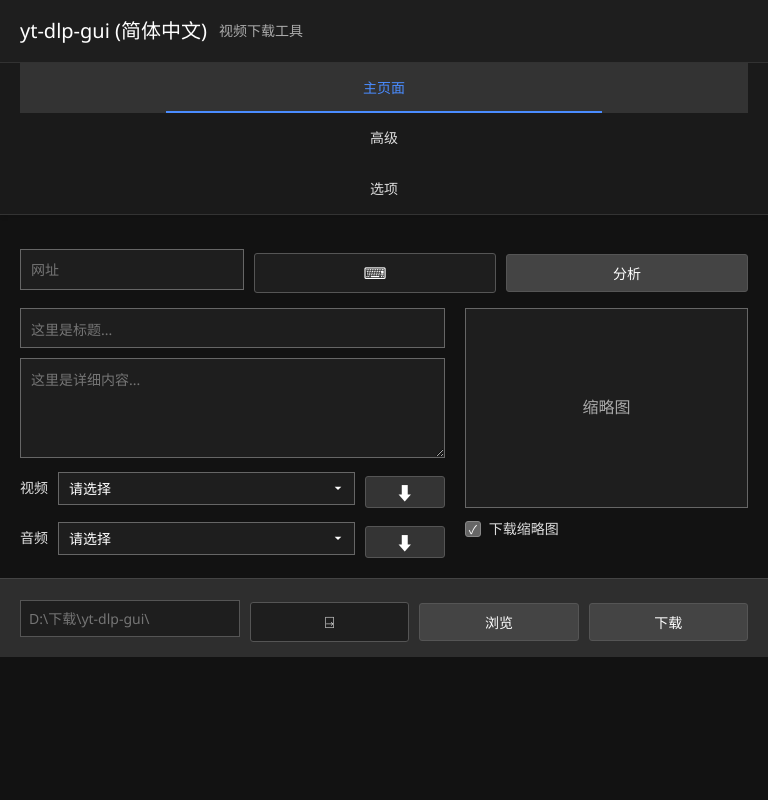
Repository: zArvin6808/yt-TubeSaver
Page: index.html
These files come from the project's save history. The page is drawn as it stood at one moment and after the next save; the edit follows.
The browser window is 768 px wide. The pictures show the whole page.

Above is the page before, as saved 2025-06-07 16:07:59.

### index.html
<!DOCTYPE html>
<html lang="zh-CN">
<head>
  <meta charset="UTF-8" />
  <title>yt-dlp-gui (简体中文)</title>
  <meta name="viewport" content="width=device-width, initial-scale=1.0"/>
  <link rel="stylesheet" href="style.css" />
</head>
<body>

  <!-- 标题栏 -->
  <div class="title-bar">
    <h1>yt-dlp-gui (简体中文)</h1>
    <span>视频下载工具</span>
  </div>

  <!-- 导航栏 -->
  <div class="navbar">
    <a href="#" class="nav-link active" data-page="main">主页面</a>
    <a href="#" class="nav-link" data-page="advanced">高级</a>
    <a href="#" class="nav-link" data-page="settings">选项</a>
  </div>

  <!-- 主页面内容 -->
  <div id="main" class="page active">
    <!-- 网址与按钮 占据整行 -->
    <div class="url-analysis-row">
      <input type="text" id="urlInput" placeholder="网址" />
      <button class="icon-button" id="pasteButton">⌨</button>
      <button id="analyzeButton">分析</button>
    </div>

    <!-- 主内容 -->
    <div class="main">
      <!-- 左侧面板 -->
      <div class="left-panel">
        <textarea class="title-input" id="titleInput" placeholder="这里是标题..." readonly></textarea>
        <textarea class="content-textarea" id="contentTextarea" placeholder="这里是详细内容..."></textarea>

        <!-- 视频行 -->
        <div class="select-group">
          <label for="video-select">视频</label>
          <select id="video-select">
            <option>请选择</option>
            <option value="video1">视频格式1</option>
            <option value="video2">视频格式2</option>
          </select>
          <button class="download-button" id="downloadVideoButton">⬇</button>
        </div>

        <!-- 音频行 -->
        <div class="select-group">
          <label for="audio-select">音频</label>
          <select id="audio-select">
            <option>请选择</option>
            <option value="audio1">音频格式1</option>
            <option value="audio2">音频格式2</option>
          </select>
          <button class="download-button" id="downloadAudioButton">⬇</button>
        </div>
      </div>

      <!-- 右侧面板 -->
      <div class="right-panel">
        <div class="thumbnail" id="thumbnailPreview">缩略图</div>
        <div class="checkbox-group">
          <input type="checkbox" id="download-thumb" checked />
          <label for="download-thumb">下载缩略图</label>
        </div>
      </div>
    </div>

    <!-- 路径栏 -->
    <div class="path-bar">
      <input type="text" id="pathInput" placeholder="D:\下载\yt-dlp-gui\" />
      <button class="icon-button" id="refreshPathButton">⍈</button>
      <button id="selectPathButton">浏览</button>
      <button id="downloadButton">下载</button>
    </div>
  </div>

  <!-- 高级页面 -->
  <div id="advanced" class="page">
    <div class="test-content">
      <h2>高级设置（测试页面）</h2>
      <p>这是高级设置页面的测试内容。该页面将用于配置更详细的下载选项。</p>
      <p>未来这里将包含：</p>
      <ul style="color: #aaa; margin-left: 20px;">
        <li>视频质量设置</li>
        <li>下载速度限制</li>
        <li>字幕选项</li>
        <li>格式选择</li>
      </ul>
    </div>
  </div>

  <!-- 选项页面 -->
  <div id="settings" class="page">
    <div class="test-content">
      <h2>全局设置（测试页面）</h2>
      <p>这是选项设置页面的测试内容。该页面将用于配置软件的全局设置。</p>
      <p>未来这里将包含：</p>
      <ul style="color: #aaa; margin-left: 20px;">
        <li>界面语言设置</li>
        <li>默认下载路径</li>
        <li>代理设置</li>
        <li>主题选择</li>
      </ul>
    </div>
  </div>

  <script src="script.js"></script>
</body>
</html>

### style.css
    * {
      box-sizing: border-box;
      margin: 0;
      padding: 0;
      font-family: "Segoe UI", "Microsoft YaHei", sans-serif;
    }

    body {
      background-color: #121212;
      color: #e0e0e0;
      display: flex;
      flex-direction: column;
      min-height: 100vh;
      line-height: 1.6;
    }

    /* 标题栏 */
    .title-bar {
      background-color: #1e1e1e;
      display: flex;
      align-items: center;
      padding: 15px 20px;
      gap: 12px;
      border-bottom: 1px solid #333;
    }

    .title-bar h1 {
      font-size: 20px;
      margin: 0;
      color: #fff;
      font-weight: 500;
    }

    .title-bar span {
      font-size: 14px;
      color: #aaa;
    }

    /* 导航栏 */
    .navbar {
      background-color: #252525;
      display: flex;
      padding: 0 20px;
      box-shadow: 0 2px 4px rgba(0,0,0,0.1);
    }

    .navbar a {
      color: #ddd;
      text-decoration: none;
      font-size: 14px;
      cursor: pointer;
      padding: 14px 20px;
      transition: all 0.3s ease;
      position: relative;
    }

    .navbar a:hover {
      color: #fff;
      background-color: #333;
    }

    .navbar a.active {
      color: #4a8cff;
      background-color: #333;
    }

    .navbar a.active::after {
      content: '';
      position: absolute;
      bottom: 0;
      left: 20%;
      right: 20%;
      height: 2px;
      background-color: #4a8cff;
    }

    /* 页面切换相关样式 */
    .page {
      display: none;
      flex-direction: column;
      flex-grow: 1;
    }

    .page.active {
      display: flex;
    }

    /* 网址与按钮容器：占满整行 */
    .url-analysis-row {
      display: flex;
      align-items: center;
      padding: 15px 20px;
      gap: 10px;
      width: 100%;
      box-sizing: border-box;
    }

    .url-analysis-row input[type="text"] {
      background-color: #1e1e1e;
      color: #ffffff;
      border: 1px solid #666;
      padding: 10px;
      font-size: 14px;
      flex-grow: 1;
      transition: border-color 0.2s ease;
    }

    .url-analysis-row input[type="text"]:focus {
      outline: none;
      border-color: #888;
      box-shadow: 0 0 0 2px rgba(150, 150, 150, 0.2);
    }

    /* 主内容容器 */
    .main {
      display: flex;
      flex-direction: row;
      padding: 0 20px 20px 20px;
      gap: 20px;
      flex-grow: 1;
    }

    /* 左侧区域 */
    .left-panel {
      display: flex;
      flex-direction: column;
      width: 60%;
      gap: 10px;
    }

    .title-input {
      background-color: #1e1e1e;
      color: #ffffff;
      border: 1px solid #666;
      padding: 10px;
      font-size: 14px;
      height: 40px;
      resize: none;
      transition: border-color 0.2s ease;
    }

    .title-input:focus {
      outline: none;
      border-color: #888;
      box-shadow: 0 0 0 2px rgba(150, 150, 150, 0.2);
    }

    .content-textarea {
      background-color: #1e1e1e;
      color: #ffffff;
      border: 1px solid #666;
      padding: 10px;
      font-size: 14px;
      resize: vertical;
      height: 100px;
      flex-grow: 1;
      transition: border-color 0.2s ease;
    }

    .content-textarea:focus {
      outline: none;
      border-color: #888;
      box-shadow: 0 0 0 2px rgba(150, 150, 150, 0.2);
    }

    /* 视频/音频选择器 - 每组一行 */
    .select-group {
      display: flex;
      align-items: center;
      gap: 10px;
    }

    select {
      background-color: #1e1e1e;
      color: #ffffff;
      border: 1px solid #666;
      padding: 6px 10px;
      font-size: 14px;
      flex-grow: 1;
      transition: border-color 0.2s ease;
      appearance: none;
      background-image: url("data:[embedded picture, 150 characters]");
      background-repeat: no-repeat;
      background-position: right 8px center;
      background-size: 16px;
    }

    select:focus {
      outline: none;
      border-color: #888;
      box-shadow: 0 0 0 2px rgba(150, 150, 150, 0.2);
    }

    label {
      font-size: 14px;
      text-align: right;
      flex-shrink: 0;
    }

    /* 基础按钮样式 */
    button {
      background-color: #444;
      color: white;
      border: 1px solid #555;
      padding: 8px 12px;
      cursor: pointer;
      font-size: 14px;
      transition: all 0.2s ease;
      border-radius: 3px;
      min-width: 80px;
    }

    button:hover {
      background-color: #555;
      border-color: #666;
    }

    button:active {
      background-color: #3a3a3a;
    }

    button.primary {
      background-color: #666;
      border-color: #777;
    }

    button.primary:hover {
      background-color: #777;
    }

    button.primary:active {
      background-color: #5a5a5a;
    }

    /* 图标按钮样式 */
    .icon-button {
      background-color: #1e1e1e;
      color: #ffffff;
      border: 1px solid #555;
      cursor: pointer;
      font-size: 16px;
      transition: all 0.2s ease;
      display: flex;
      justify-content: center;
      align-items: center;
      border-radius: 3px;
    }

    .icon-button:hover {
      border-color: #666;
      background-color: #252525;
    }

    .icon-button:active {
      background-color: #1a1a1a;
    }

    /* 下载图标按钮样式 */
    .download-button {
      width: 32px;
      height: 32px;
      display: flex;
      justify-content: center;
      align-items: center;
      font-size: 18px;
      padding: 0;
      background-color: #343434;
      border: 1px solid #555;
      border-radius: 3px;
    }
    .download-button:hover {
      background-color: #555;
    }
    .download-button:active {
      background-color: #2e2e2e;
    }

    /* 右侧面板：缩略图和下载缩略图选项 */
    .right-panel {
      display: flex;
      flex-direction: column;
      width: 40%;
      gap: 10px;
    }

    .thumbnail {
      width: 100%;
      height: 200px;
      background-color: #1e1e1e;
      display: flex;
      justify-content: center;
      align-items: center;
      color: #aaa;
      font-size: 16px;
      border: 1px solid #666;
      transition: all 0.2s ease;
    }

    .thumbnail.loading {
      background-color: #252525;
      border-color: #888;
    }

    .thumbnail img {
      max-width: 100%;
      max-height: 100%;
      object-fit: contain;
    }

    .checkbox-group {
      display: flex;
      align-items: center;
      gap: 8px;
    }

    .checkbox-group input[type="checkbox"] {
      appearance: none;
      width: 16px;
      height: 16px;
      border: 1px solid #666;
      background-color: #1e1e1e;
      border-radius: 3px;
      cursor: pointer;
      position: relative;
      transition: all 0.2s ease;
    }

    .checkbox-group input[type="checkbox"]:checked {
      background-color: #666;
      border-color: #888;
    }

    .checkbox-group input[type="checkbox"]:checked::after {
      content: "✓";
      position: absolute;
      color: white;
      font-size: 12px;
      top: 50%;
      left: 50%;
      transform: translate(-50%, -50%);
    }

    .checkbox-group input[type="checkbox"]:focus {
      outline: none;
      box-shadow: 0 0 0 2px rgba(150, 150, 150, 0.2);
    }

    .checkbox-group label {
      font-size: 14px;
      color: #ddd;
      cursor: pointer;
    }

    /* 路径栏 */
    .path-bar {
      display: flex;
      align-items: center;
      gap: 10px;
      padding: 15px 20px;
      background-color: #2e2e2e;
      border-top: 1px solid #444;
    }

    .path-bar input {
      flex-grow: 1;
      padding: 8px;
      background-color: #1e1e1e;
      color: #fff;
      border: 1px solid #555;
      font-size: 14px;
    }

    /* 测试页面样式 */
    .test-content {
      padding: 20px;
      display: flex;
      flex-direction: column;
      gap: 20px;
    }

    .test-content h2 {
      color: #fff;
      font-size: 18px;
      margin-bottom: 10px;
    }

    .test-content p {
      color: #aaa;
      font-size: 14px;
      line-height: 1.6;
    }

    /* 导航栏 */
    .navbar {
      display: flex;
      border-bottom: 1px solid #333;
      margin-bottom: 15px;
      background-color: #1a1a1a;
    }

    .nav-link {
      padding: 12px 20px;
      color: #aaa;
      text-decoration: none;
      transition: all 0.2s ease;
      font-size: 14px;
      position: relative;
    }

    .nav-link:hover {
      color: #fff;
      background-color: #252525;
    }

    .nav-link.active {
      color: #fff;
      background-color: #252525;
    }

    .nav-link.active::after {
      content: '';
      position: absolute;
      bottom: -1px;
      left: 0;
      right: 0;
      height: 2px;
      background-color: #4a8cff;
    }

    /* 页面切换 */
    .page {
      display: none;
      animation: fadeIn 0.3s ease-out;
    }

    .page.active {
      display: block;
    }

    @keyframes fadeIn {
      from { opacity: 0; transform: translateY(10px); }
      to { opacity: 1; transform: translateY(0); }
    }

    /* 按钮状态 */
    button {
      transition: all 0.2s ease;
      position: relative;
    }

    button:hover {
      filter: brightness(1.1);
    }

    button:active {
      transform: translateY(1px);
    }

    button[disabled] {
      opacity: 0.7;
      cursor: not-allowed;
      transform: none !important;
    }

    /* 加载动画 */
    .spinner {
      display: inline-block;
      width: 14px;
      height: 14px;
      border: 2px solid rgba(255,255,255,0.3);
      border-radius: 50%;
      border-top-color: #fff;
      animation: spin 1s ease-in-out infinite;
      margin-right: 8px;
      vertical-align: middle;
    }

    @keyframes spin {
      to { transform: rotate(360deg); }
    }

    /* 提示消息 */
    .toast {
      position: fixed;
      bottom: 20px;
      left: 50%;
      transform: translateX(-50%);
      padding: 12px 24px;
      border-radius: 4px;
      color: white;
      font-size: 14px;
      z-index: 1000;
      box-shadow: 0 4px 12px rgba(0,0,0,0.15);
      opacity: 0;
      animation: toastIn 0.3s ease-out forwards;
    }

    .toast.toast-success {
      background-color: #28a745;
    }

    .toast.toast-error {
      background-color: #dc3545;
    }

    .toast.toast-info {
      background-color: #17a2b8;
    }

    .toast.fade-out {
      animation: toastOut 0.3s ease-in forwards;
    }

    @keyframes toastIn {
      from { opacity: 0; transform: translateX(-50%) translateY(20px); }
      to { opacity: 1; transform: translateX(-50%) translateY(0); }
    }

    @keyframes toastOut {
      from { opacity: 1; transform: translateX(-50%) translateY(0); }
      to { opacity: 0; transform: translateX(-50%) translateY(-20px); }
    }

    /* 响应式布局 */
    @media (max-width: 768px) {
      .navbar {
        flex-direction: column;
      }

      .nav-link {
        padding: 10px;
        text-align: center;
      }

      .input-group {
        flex-direction: column;
      }

      button {
        width: 100%;
        margin-top: 8px;
      }

      .toast {
        width: 90%;
        text-align: center;
      }
    }
    .toast {
      position: fixed;
      bottom: 20px;
      left: 50%;
      transform: translateX(-50%);
      padding: 12px 24px;
      border-radius: 4px;
      color: white;
      z-index: 1000;
      animation: slideIn 0.3s ease-out;
    }

    .toast-info {
      background-color: #444;
    }

    .toast-success {
      background-color: #2d7d46;
    }

    .toast-error {
      background-color: #c42b1c;
    }

    .toast.fade-out {
      animation: fadeOut 0.3s ease-in;
      opacity: 0;
    }

    @keyframes slideIn {
      from {
        transform: translateX(-50%) translateY(20px);
        opacity: 0;
      }
      to {
        transform: translateX(-50%) translateY(0);
        opacity: 1;
      }
    }

    @keyframes fadeOut {
      from {
        opacity: 1;
      }
      to {
        opacity: 0;
      }
    }

    /* 输入验证 */
    input:invalid {
      border-color: #c42b1c !important;
    }

    /* 缩略图显示优化 */
    .thumbnail {
      background-size: cover;
      background-position: center;
      transition: background-image 0.3s ease;
    }

    /* 滚动条样式 */
    ::-webkit-scrollbar {
      width: 10px;
      height: 10px;
    }
    ::-webkit-scrollbar-track {
      background: #1e1e1e;
      border-radius: 5px;
    }
    ::-webkit-scrollbar-thumb {
      background: #666;
      border-radius: 5px;
      border: 2px solid #1e1e1e;
      transition: background 0.2s ease;
    }
    ::-webkit-scrollbar-thumb:hover {
      background: #777;
    }
    ::-webkit-scrollbar-corner {
      background: #1e1e1e;
    }

Loaded but not shown: script.js (344 lines, source omitted)

After the next save:
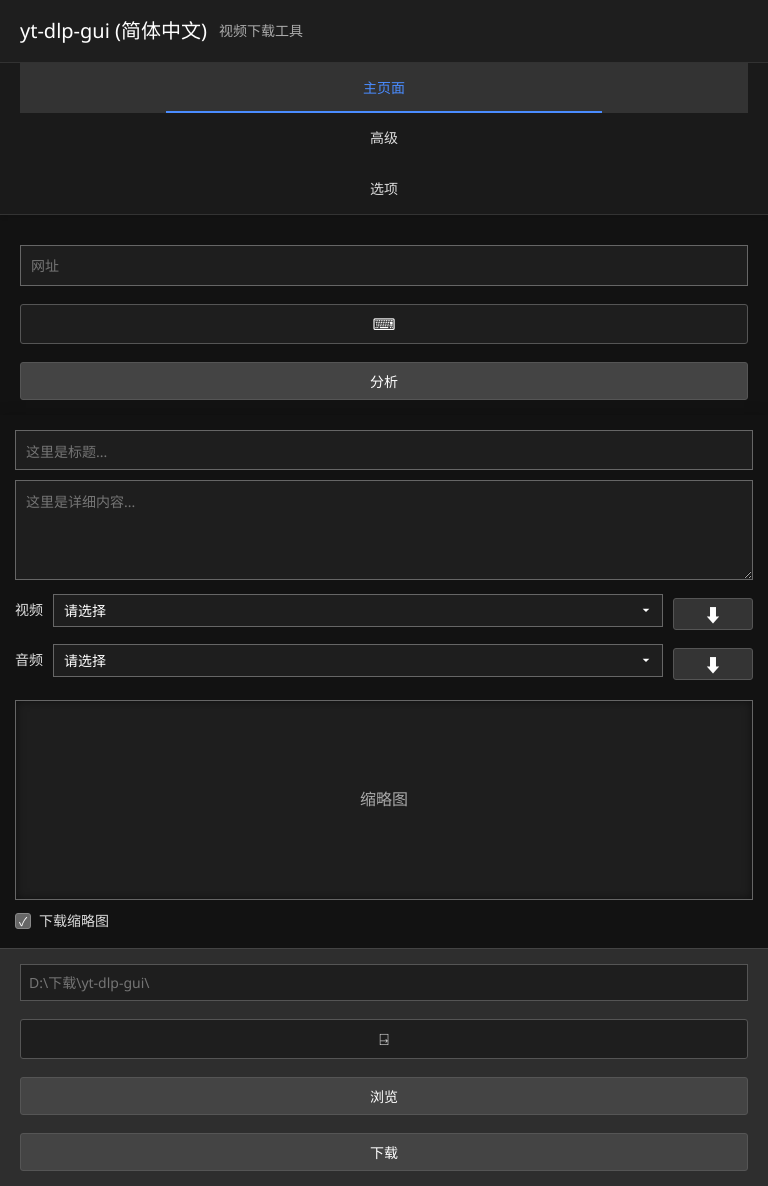
Saved 116 s later.
--- a/style.css
+++ b/style.css
@@ -628,3 +628,77 @@
     ::-webkit-scrollbar-corner {
       background: #1e1e1e;
     }
+
+    /* 新增样式改进 */
+    .main {
+      box-shadow: 0 4px 16px rgba(0,0,0,0.3);
+      transition: box-shadow 0.3s ease;
+    }
+
+    .main:hover {
+      box-shadow: 0 6px 20px rgba(0,0,0,0.4);
+    }
+
+    input, textarea, select {
+      transition: all 0.3s ease;
+    }
+
+    button {
+      transition: all 0.3s ease;
+      position: relative;
+      overflow: hidden;
+    }
+
+    button::after {
+      content: '';
+      position: absolute;
+      top: 50%;
+      left: 50%;
+      width: 5px;
+      height: 5px;
+      background: rgba(255,255,255,0.2);
+      opacity: 0;
+      border-radius: 100%;
+      transform: scale(1, 1) translate(-50%, -50%);
+      transform-origin: 50% 50%;
+    }
+
+    button:active::after {
+      animation: ripple 0.6s ease-out;
+    }
+
+    @keyframes ripple {
+      0% {
+        transform: scale(0, 0);
+        opacity: 0.5;
+      }
+      100% {
+        transform: scale(20, 20);
+        opacity: 0;
+      }
+    }
+
+    .thumbnail {
+      transition: all 0.3s ease;
+      box-shadow: inset 0 0 10px rgba(0,0,0,0.5);
+    }
+
+    .thumbnail:hover {
+      box-shadow: inset 0 0 15px rgba(0,0,0,0.7);
+    }
+
+    /* 响应式改进 */
+    @media (max-width: 768px) {
+      .main {
+        flex-direction: column;
+        padding: 15px;
+      }
+
+      .left-panel, .right-panel {
+        width: 100%;
+      }
+
+      .url-analysis-row, .path-bar {
+        flex-wrap: wrap;
+      }
+    }
